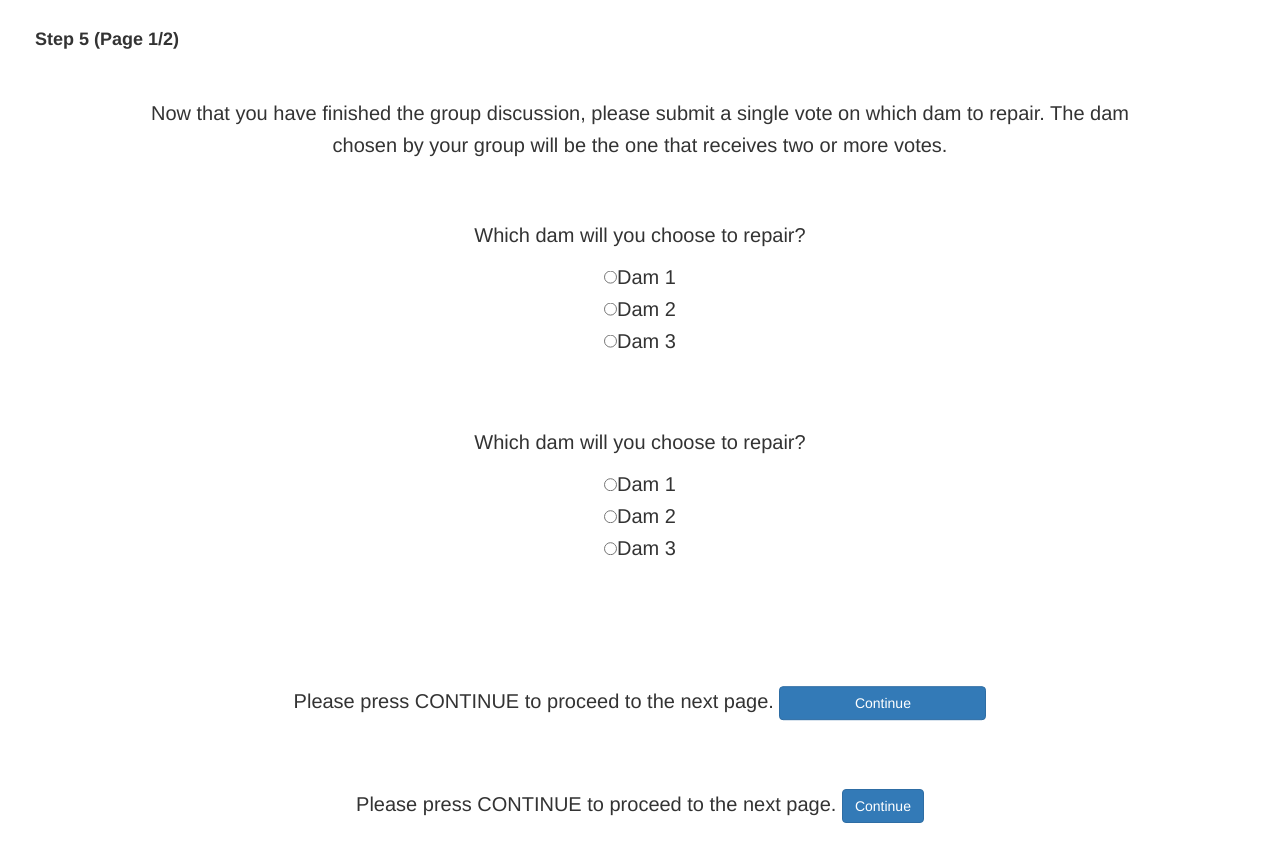
Repository: zmikaya/behavecon
Page: templates/group/Priming3Dams/Priming3Dams_p20.html
The author's editor kept a record of every edit. The page is drawn from the files as they stood at one moment, then again after the next edit.
The browser window is 1280 px wide. The pictures show the whole page.
The template is drawn by Django 2.2. The application's start-up code is not run. The template is opened directly, without the code that normally fills it, so the values that code supplies are empty.

Above is the page before.
Console error: TypeError: Cannot read properties of null (reading 'getAttribute')

After the next edit:
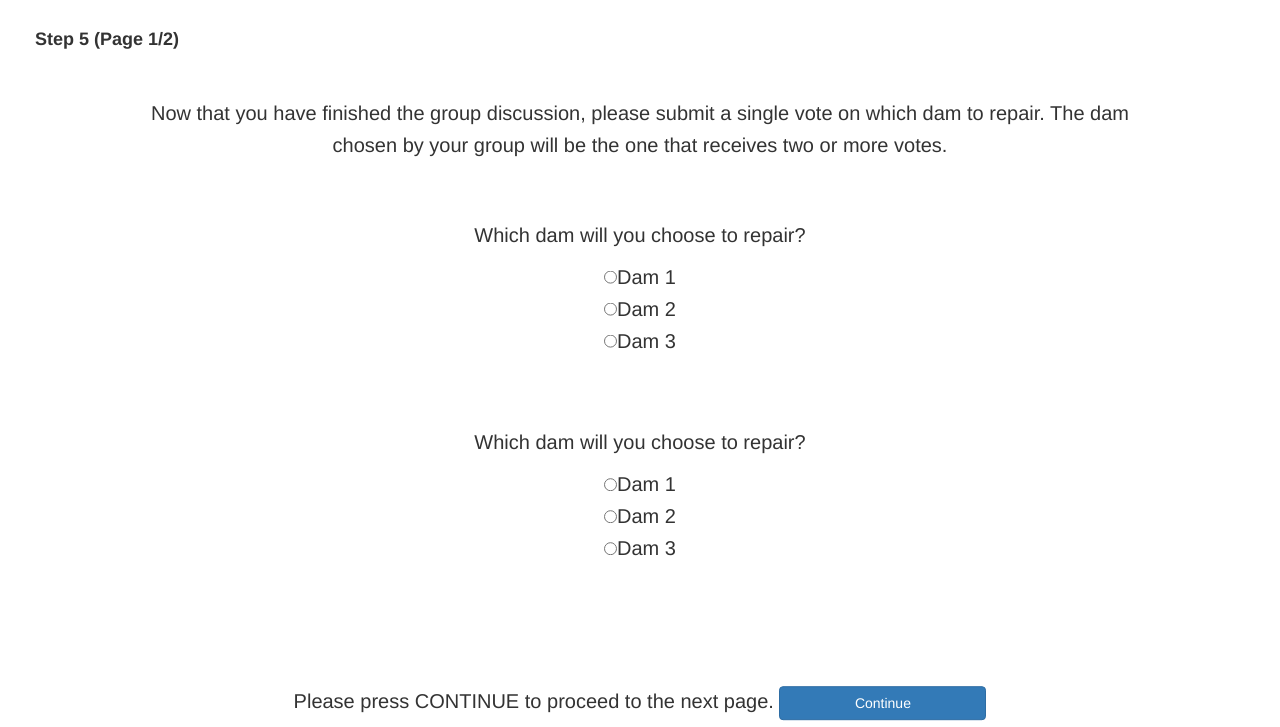
The edit:
--- a/templates/group/Priming3Dams/Priming3Dams_p20.html
+++ b/templates/group/Priming3Dams/Priming3Dams_p20.html
@@ -45,9 +45,9 @@
                             <input id="continue" class="btn btn-primary next" data-toggle="modal" data-target="#myModal" value="Continue">
                         </form>
 
-                        <p class="inline continue">Please press CONTINUE to proceed to the next page.</p>
+                        <!--<p class="inline continue">Please press CONTINUE to proceed to the next page.</p>-->
                         <!--<button type="button" class="btn btn-primary next" onclick="ajaxGetPage('p25')">Continue</button>-->
-                        <a id="continue" class="btn btn-primary next"  data-toggle="modal" data-target="#myModal">Continue</a>
+                        <!--<a id="continue" class="btn btn-primary next"  data-toggle="modal" data-target="#myModal">Continue</a>-->
                     </div>
                 </div>
             </div>
